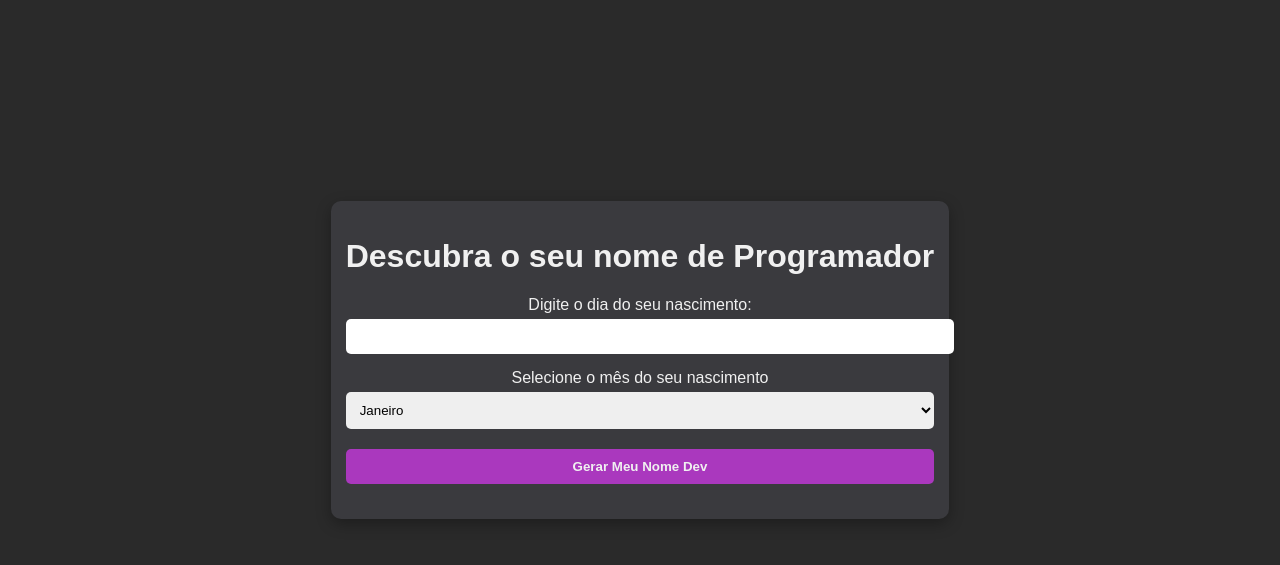
Repository: analessp/seu-nome-dev
Page: index.html
An editor plug-in stored every save of this project. The page is shown before and after the next save, followed by the edit.
The browser window is 1280 px wide. The pictures show the whole page.

Above is the page before, as saved 2025-05-13 11:19:56.

### index.html
<!DOCTYPE html>
<html lang="pt-BR">
<head>
    <meta charset="UTF-8">
    <meta name="viewport" content="width=device-width, initial-scale=1.0">
    <title>Seu Nome Dev</title>
    <link rel="stylesheet" href="styles.css">
</head>
<body>
    <div class="container">
        <h1>Descubra o seu nome de Programador</h1>
        <div class="form-group">
            <label for="dia">Digite o dia do seu nascimento:</label>
            <input type="number" id="dia" min="1" max="31">
        </div>
        <div class="form-group">
            <label for="mes">Selecione o mês do seu nascimento</label>
            <select id="mes">
                <option value="1">Janeiro</option>
                <option value="2">Fevereiro</option>
                <option value="3">Março</option>
                <option value="4">Abril</option>
                <option value="5">Maio</option>
                <option value="6">Junho</option>
                <option value="7">Julho</option>
                <option value="8">Agosto</option>
                <option value="9">Setembro</option>
                <option value="10">Outubro</option>
                <option value="11">Novembro</option>
                <option value="12">Dezembro</option>
            </select>
        </div>
        <button onclick="gerarNomeDev()">Gerar Meu Nome Dev</button>
        <div class="resultado" id="resultado"></div>
    </div>
    <script src="app.js"></script>
</body>
</html>

### styles.css
body {
    background-color: #2a2a2a;
    color: #f0f0f0;
    font-family: "Nunito", sans-serif;
    display: flex;
    justify-content: center;
    align-items: center;
    height: 100vh;
    margin: 0;
}

.container {
    background-color: #3a3a3e;
    padding: 15px;
    border-radius: 10px;
    box-shadow: 0px 5px 15px rgba(0, 0, 0, 0.3);
    text-align: center;
}

.form-group {
    margin-bottom: 15px;
}

input, select, button {
    cursor: pointer;
    padding: 10px;
    margin-top: 5px;
    width: 100%;
    border-radius: 5px;
    border: none;
    outline: none;
}

button {
    background-color: #aa38be;
    color: #f0f0f0;
    font-weight: bold;
    transition: background-color 0.3s;
}

button:hover {
    background-color: #e27cd3;
}

.resultado {
    margin-top: 20px;
    font-size: 1.2rem;
    font-weight: bold;
    color: #8a2aba;
}

### app.js
function gerarNomeDev() {
    const dia = parseInt(document.getElementById("dia").value);
    const mes = parseInt(document.getElementById("mes").value);
    const resultado = document.getElementById("resultado");

    if (isNaN(dia) || dia < 1 || dia > 31) {
        resultado.textContent = "Insira um dia válido.";
        return;
    }

    const títulos = {
    1: "Desenvolvedor(a)",
    2: "Desenvolvedor(a)",
    3: "Programador(a)",
    4: "Programador(a)",
    5: "Programador(a)",
    6: "Estagiário(a)",
    7: "Estagiário(a)",
    8: "EEstagiário(a)",
    9: "Sênior",
    0: "Sênior",
};

const meses = {
    1: "bugado(a)",
    2: "do CTRL C, CTRL V",
    3: "das gambiarras",
    4: "que culpa o cache",
    5: "que esquece o que faz",
    6: "do git vazio",
    7: "das try/ catch vazia",
    8: "famosinho do LinkedIn",
    9: "caçador de bugs",
    10: "do Windows Pirata",
    11: "do update sem where",
    12: "do commit bugado",
};

const ultimoDigito = dia % 10;
const titulo = títulos[ultimoDigito];
const mesTexto = meses[mes];

resultado.textContent = `${titulo} ${mesTexto}`;

}

After the next save:
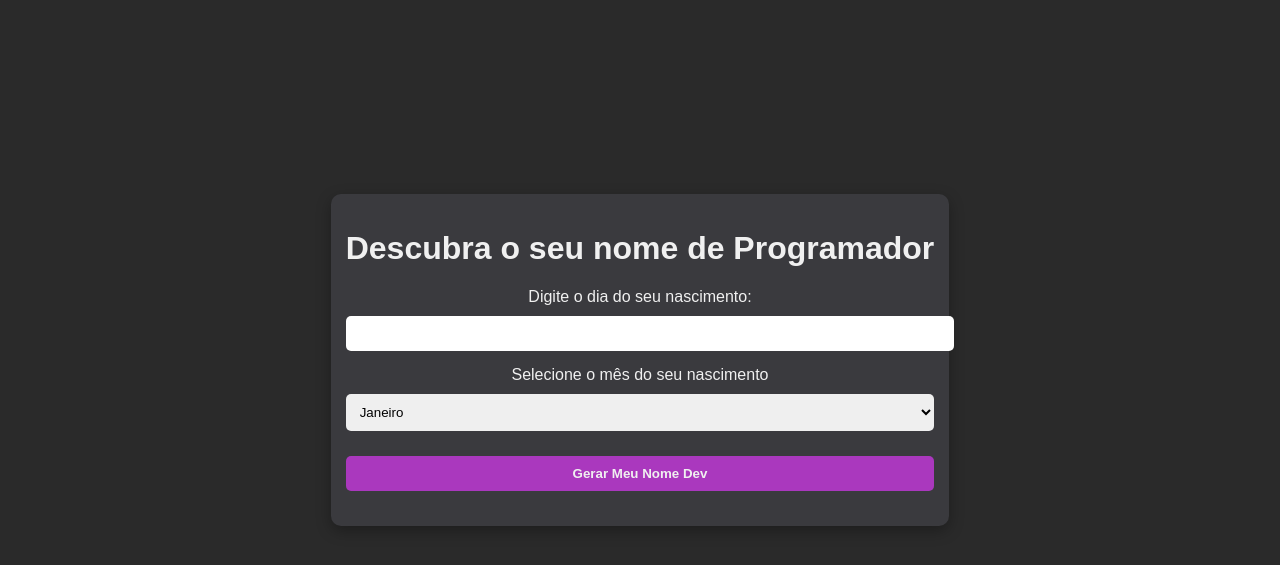
Saved 11 s later.
--- a/styles.css
+++ b/styles.css
@@ -24,7 +24,7 @@
 input, select, button {
     cursor: pointer;
     padding: 10px;
-    margin-top: 5px;
+    margin-top: 10px;
     width: 100%;
     border-radius: 5px;
     border: none;

After the save that followed:
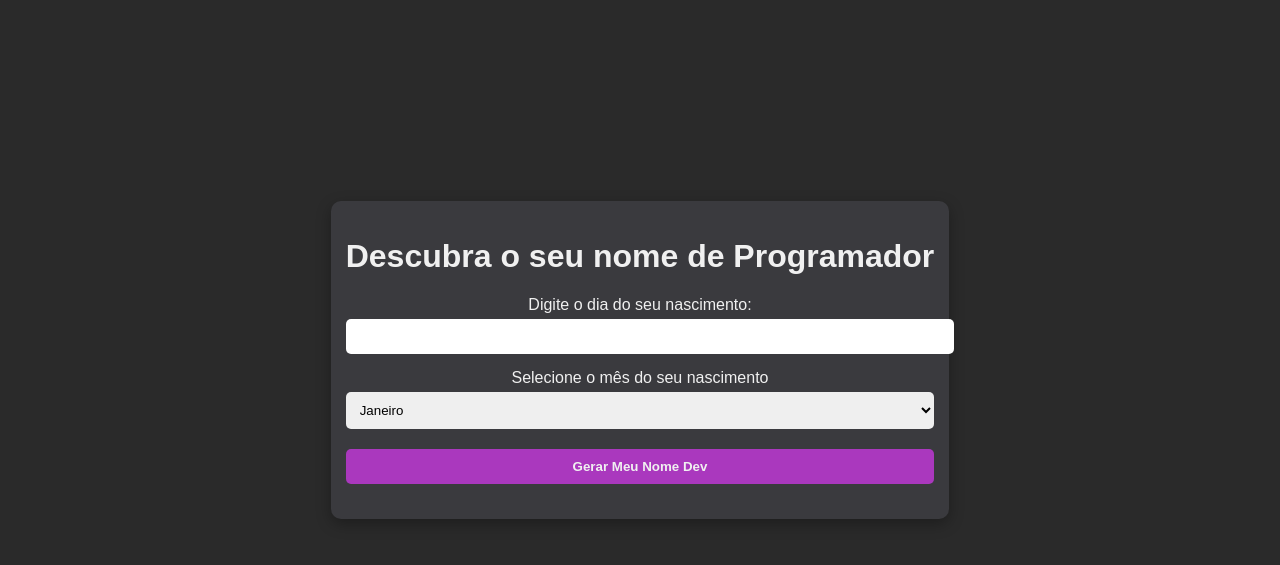
Saved 5 s later.
--- a/styles.css
+++ b/styles.css
@@ -24,7 +24,7 @@
 input, select, button {
     cursor: pointer;
     padding: 10px;
-    margin-top: 10px;
+    margin-top: 5px;
     width: 100%;
     border-radius: 5px;
     border: none;
